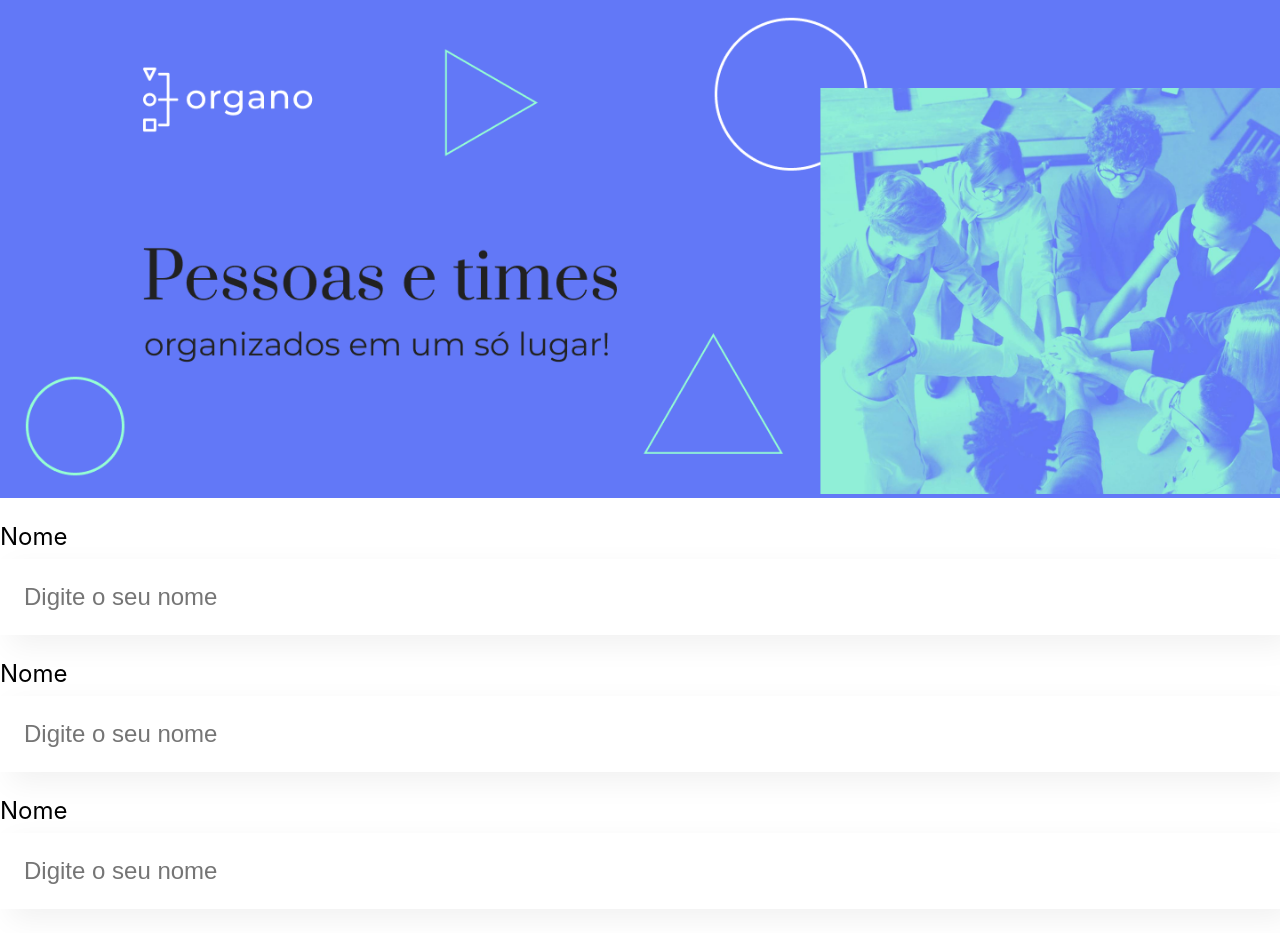
Repository: devMuriloOliveira/organo
Page: /
The author's editor kept a copy of each file at every save. The page is drawn from the files as they stood at one save, then again after the next save.
The browser window is 1280 px wide. The pictures show the whole page.
The project was rebuilt for these pictures with package versions that can differ from the ones it lists, and the page was loaded fresh each time.

Above is the page before, as saved 2023-01-10 18:36:46.

After the next save:
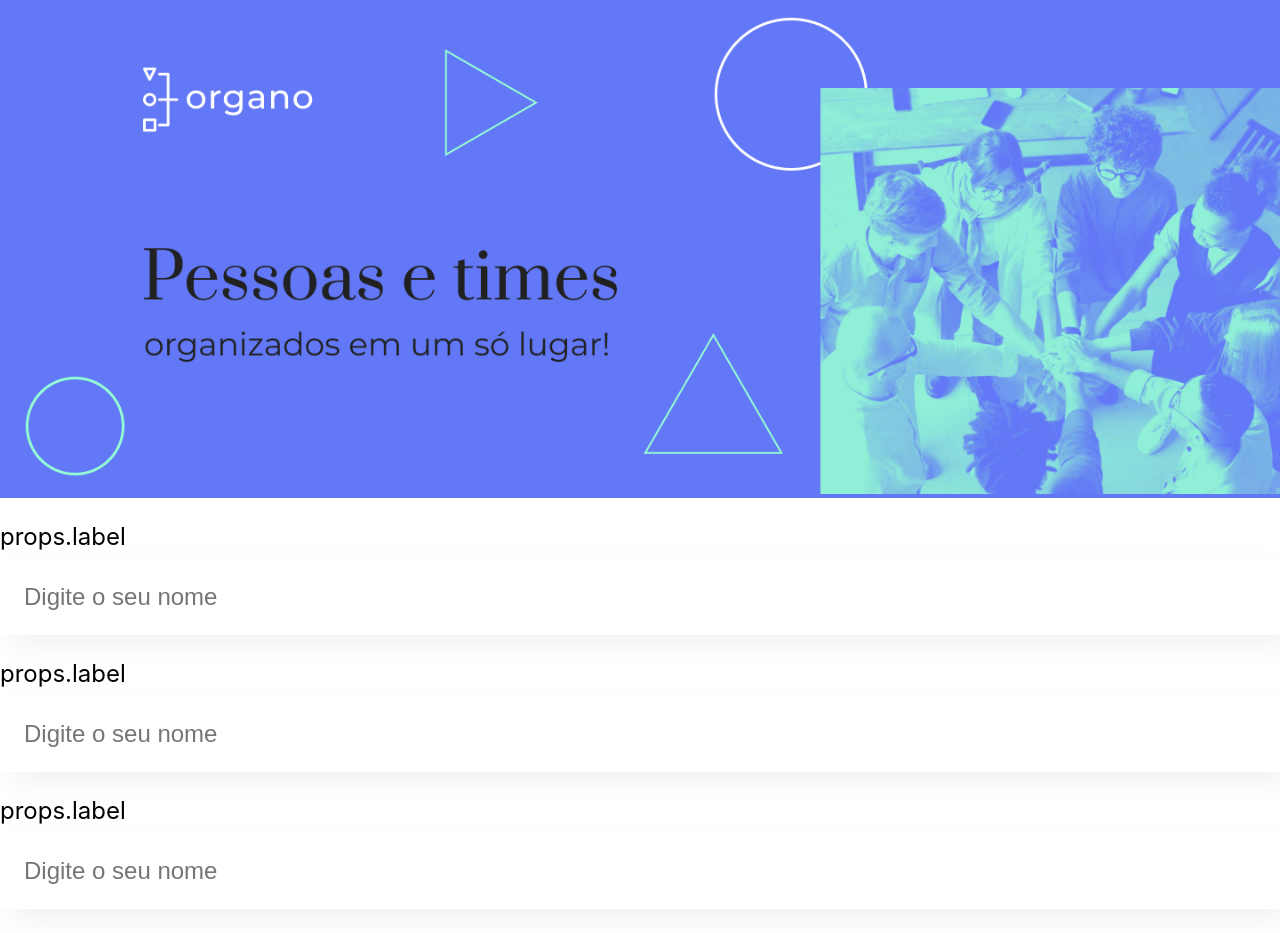
Saved 2 min 38 s later.
--- a/src/componentes/CampoTexto/index.js
+++ b/src/componentes/CampoTexto/index.js
@@ -1,10 +1,10 @@
 import './CampoTexto.css'
 
 const CampoTexto = (props) =>{
-  console.log(props)
+
   return(
     <div className="campo-texto">
-      <label>Nome</label>
+      <label>props.label</label>
       <input placeholder='Digite o seu nome'/>
     </div>
   )
